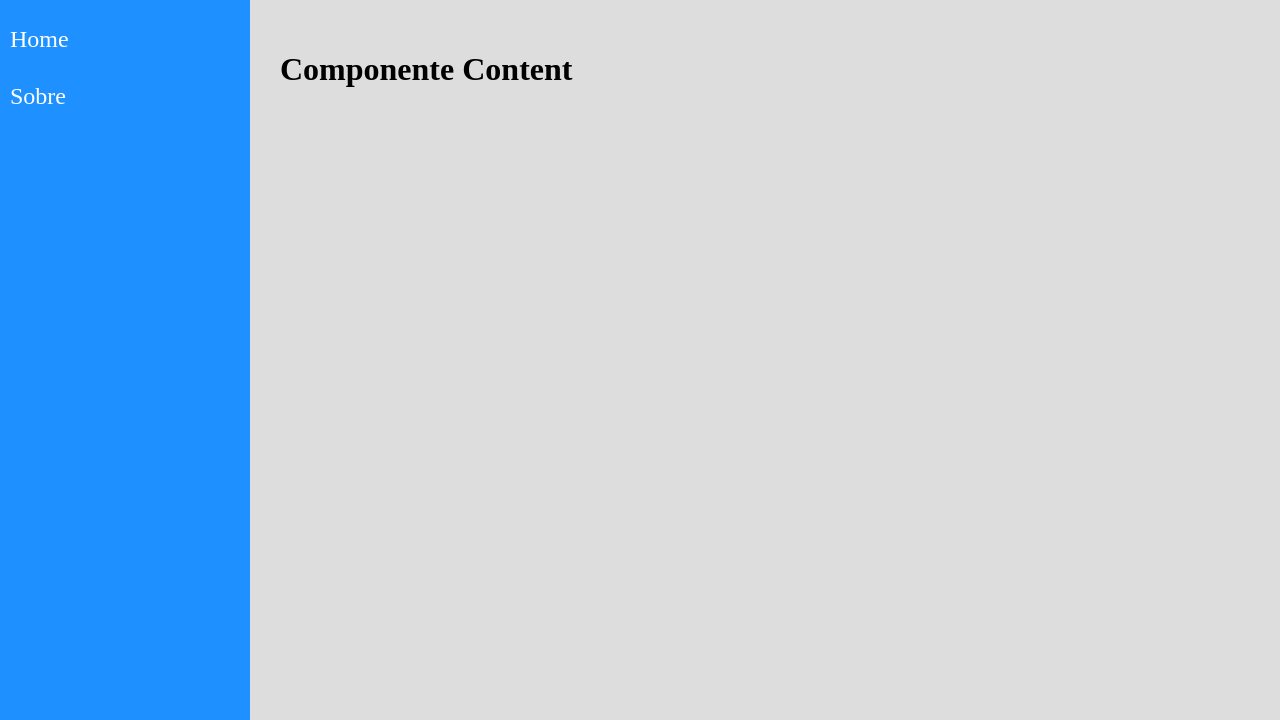
Repository: jean-siqueira/react-navegacao
Page: /
These files come from the project's save history. The page is drawn as it stood at one moment and after the next save; the edit follows.
The browser window is 1280 px wide. The pictures show the whole page.
The project was rebuilt for these pictures with package versions that can differ from the ones it lists, and the page was loaded fresh each time.

Above is the page before, as saved 2023-03-27 08:21:18.

After the next save:
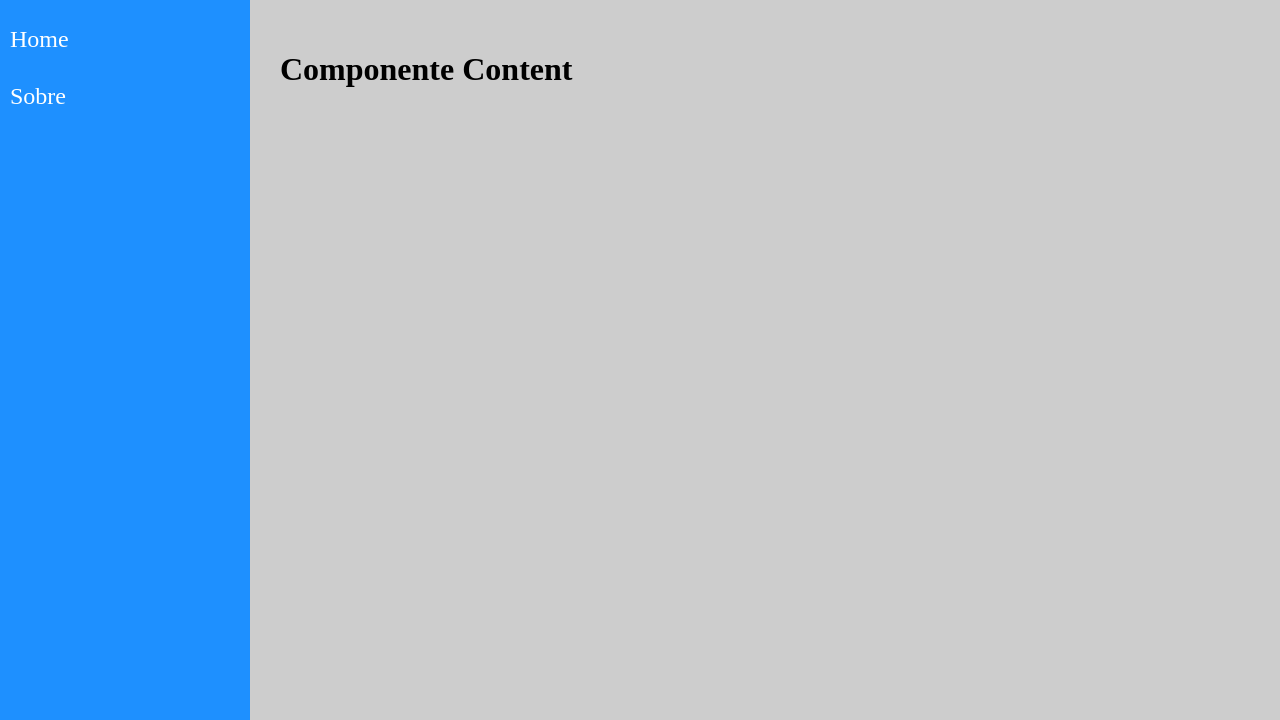
Saved 25 s later.
--- a/src/components/layout/Content.css
+++ b/src/components/layout/Content.css
@@ -1,6 +1,6 @@
 .Content {
     display: flex;
     flex-grow: 1;
-    background-color: #ddd;
+    background-color: #cdcdcd;
     padding: 30px;
 }
